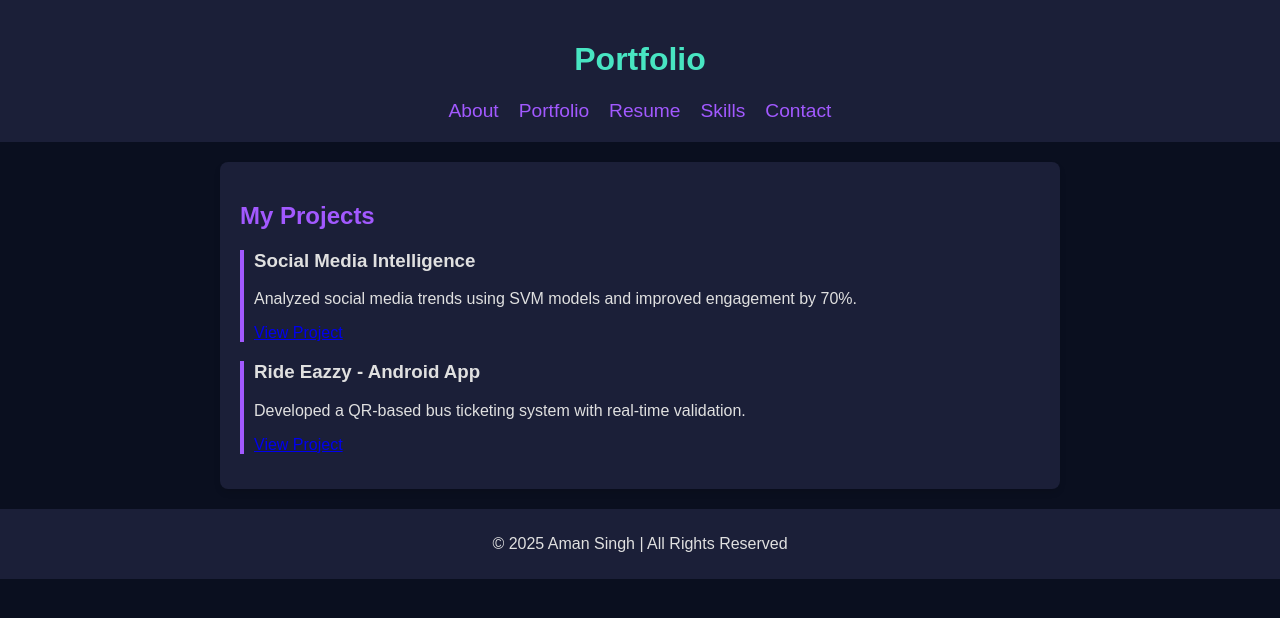
Repository: aman3singh/portfolio
Page: portfolio.html
An editor plug-in stored every save of this project. The page is shown before and after the next save, followed by the edit.
The browser window is 1280 px wide. The pictures show the whole page.

Above is the page before, as saved 2025-02-11 18:33:25.

### portfolio.html
<!DOCTYPE html>
<html lang="en">
<head>
    <meta charset="UTF-8">
    <meta name="viewport" content="width=device-width, initial-scale=1.0">
    <title>Aman Singh | Portfolio</title>
    <link rel="stylesheet" href="styles.css">
</head>
<body>
    <header>
        <h1>Portfolio</h1>
        <nav>
            <a href="index.html#about">About</a>
            <a href="portfolio.html" class="active">Portfolio</a>
            <a href="resume.html">Resume</a>
            <a href="index.html#skills">Skills</a>
            <a href="index.html#contact">Contact</a>
        </nav>
    </header>

    <section id="projects">
        <h2>My Projects</h2>
        <div class="project">
            <h3>Social Media Intelligence</h3>
            <p>Analyzed social media trends using SVM models and improved engagement by 70%.</p>
            <a href="https://github.com/your-username/social-media-intelligence" target="_blank">View Project</a>
        </div>
        <div class="project">
            <h3>Ride Eazzy - Android App</h3>
            <p>Developed a QR-based bus ticketing system with real-time validation.</p>
            <a href="https://github.com/your-username/ride-eazzy" target="_blank">View Project</a>
        </div>
    </section>

    <footer>
        <p>© 2025 Aman Singh | All Rights Reserved</p>
    </footer>
</body>
</html>

### styles.css
body {
    font-family: 'Arial', sans-serif;
    margin: 0;
    padding: 0;
    background-color: #0A0F1F;
    color: #E0E0E0;
}

header {
    background-color: #1B1F38;
    color: 	#48E5C2;
    text-align: center;
    padding: 20px;
}

nav {
    display: flex;
    justify-content: center;
    gap: 20px;
}

nav a {
    color: #A259FF;
    text-decoration: none;
    font-size: 1.2em;
    transition: color 0.3s;
}

nav a:hover {
    color: #00E5FF;
}

section {
    padding: 20px;
    margin: 20px auto;
    max-width: 800px;
    background: #1B1F38;
    box-shadow: 0px 4px 6px rgba(0, 0, 0, 0.1);
    border-radius: 8px;
}

h2 {
    color: #A259FF;
}

.project {
    border-left: 4px solid #A259FF;
    padding-left: 10px;
    margin-bottom: 15px;
}

.social-links {
    display: flex;
    justify-content: center;
    gap: 15px;
    font-size: 2rem;
}

.social-links a {
    color: #A259FF;
    transition: color 0.3s;
}

.social-links a:hover {
    color: #00E5FF;
}

footer {
    text-align: center;
    padding: 10px;
    background-color: #1B1F38;
    color: #E0E0E0;
}

After the next save:
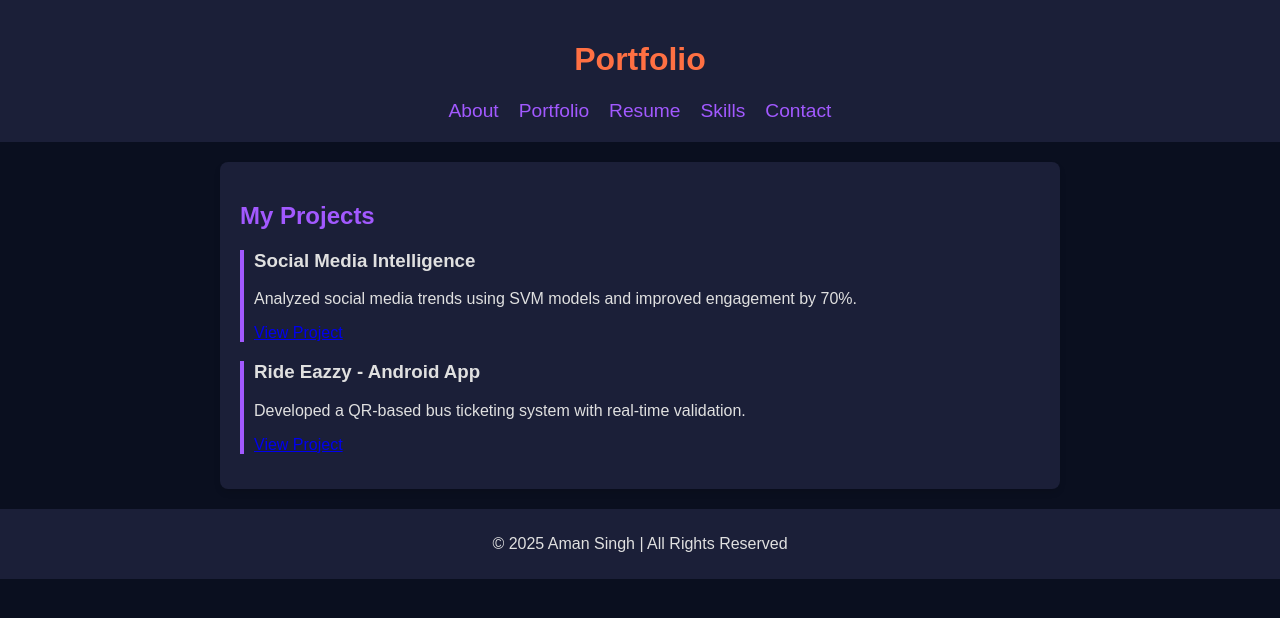
Saved 47 s later.
--- a/styles.css
+++ b/styles.css
@@ -8,7 +8,7 @@ body {
 
 header {
     background-color: #1B1F38;
-    color: 	#48E5C2;
+    color: 	#FF7043;
     text-align: center;
     padding: 20px;
 }
